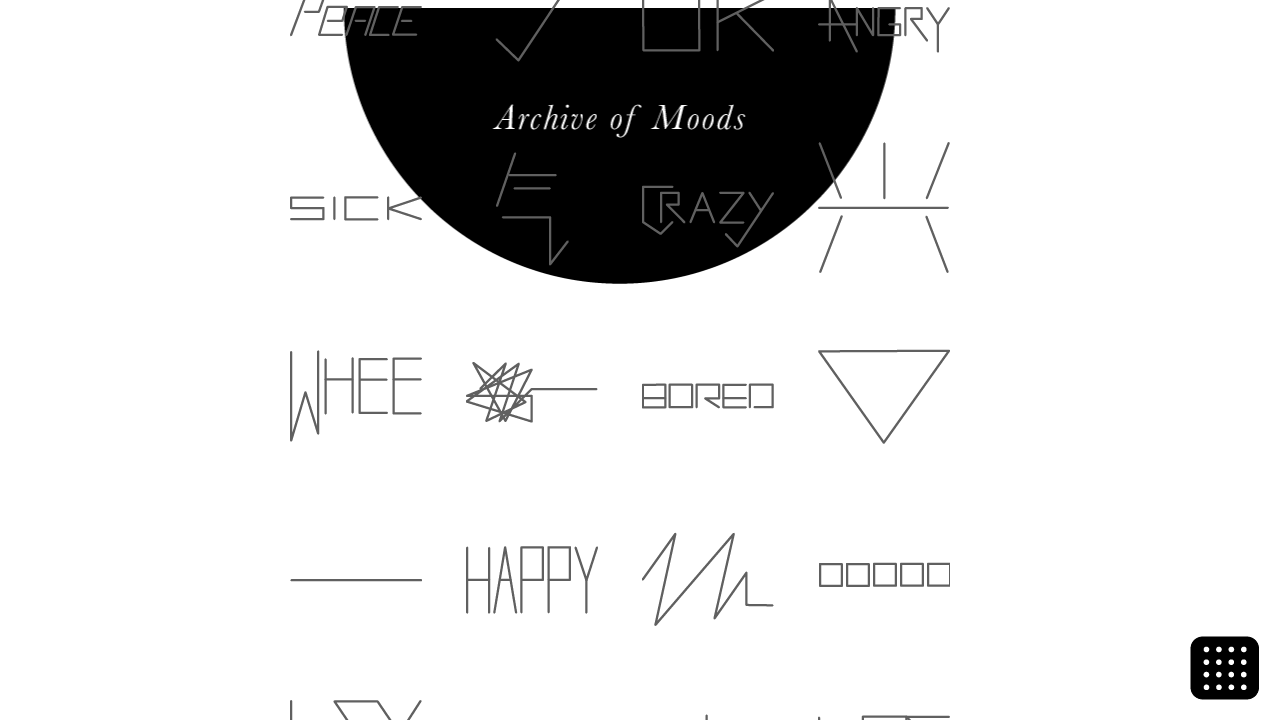
Repository: ConnyPinto/connypinto.github.io
Page: studio/dot-to-dot/archive.html
The author's editor kept a record of every edit. The page is drawn from the files as they stood at one moment, then again after the next edit.
The browser window is 1280 px wide. The pictures show the whole page.
Some web libraries are served in a nearby version.

Above is the page before.

### studio/dot-to-dot/archive.html
<html>

<head>
    <title>Archive</title>
    <link rel="stylesheet" href="css/archive.css" type="text/css" />
    <link href='http://fonts.googleapis.com/css?family=Libre+Baskerville:400,400italic' rel='stylesheet' type='text/css'>
    <script src="//ajax.googleapis.com/ajax/libs/jquery/1.7.1/jquery.min.js"></script>
    <script src="javascript/jquery.zoomooz.min.js"></script>
</head>

<body>
    <a href="index.html"><img class="home" src="images/home-button-01.png"></a>


       <!--<div class="circle">
             <div class="text">
                        <div class=title>Archive<br>
                        of<br>
                        Moods
                </div>
                   </div>-->
          <img class="semi-circle" src="images/semi-circle-01.png"
         style=
         "margin-top:0px;
         left:50%;
        transform: translate(60%);">

        <div class="container">


             <div class="row1">

             <img class="archive-image image-01" src="images/archive-image-01.png">
             <img class="archive-image image-02" src="images/archive-image-02.png">
             <img class="archive-image image-03" src="images/archive-image-03.png">
             <img class="archive-image image-04" src="images/archive-image-04.png">

             </div>

             <div class="row2">

             <img class="archive-image image-05" src="images/archive-image-05.png">
             <img class="archive-image image-06" src="images/archive-image-06.png">
             <img class="archive-image image-07" src="images/archive-image-07.png">
             <img class="archive-image image-08" src="images/archive-image-08.png">

             </div>

             <div class="row3">

             <img class="archive-image image-09" src="images/archive-image-09.png">
             <img class="archive-image image-10" src="images/archive-image-10.png">
             <img class="archive-image image-11" src="images/archive-image-11.png">
             <img class="archive-image image-12" src="images/archive-image-12.png">

             </div>

             <div class="row4">

             <img class="archive-image image-13" src="images/archive-image-13.png">
             <img class="archive-image image-14" src="images/archive-image-14.png">
             <img class="archive-image image-15" src="images/archive-image-15.png">
             <img class="archive-image image-16" src="images/archive-image-16.png">

             </div>

             <div class="row5">

             <img class="archive-image image-17" src="images/archive-image-17.png">
             <img class="archive-image image-18" src="images/archive-image-18.png">
             <img class="archive-image image-19" src="images/archive-image-19.png">
             <img class="archive-image image-20" src="images/archive-image-20.png">

            <div class="row6">

             <img class="archive-image image-21" src="images/archive-image-01.png">
             <img class="archive-image image-22" src="images/archive-image-02.png">
             <img class="archive-image image-23" src="images/archive-image-03.png">
             <img class="archive-image image-24" src="images/archive-image-04.png">

             </div>

             <div class="row7">

             <img class="archive-image image-25" src="images/archive-image-05.png">
             <img class="archive-image image-26" src="images/archive-image-06.png">
             <img class="archive-image image-27" src="images/archive-image-07.png">
             <img class="archive-image image-28" src="images/archive-image-08.png">

             </div>

             <div class="row8">

             <img class="archive-image image-09" src="images/archive-image-09.png">
             <img class="archive-image image-10" src="images/archive-image-10.png">
             <img class="archive-image image-11" src="images/archive-image-11.png">
             <img class="archive-image image-12" src="images/archive-image-12.png">

             </div>

             <div class="row9">

             <img class="archive-image image-13" src="images/archive-image-13.png">
             <img class="archive-image image-14" src="images/archive-image-14.png">
             <img class="archive-image image-15" src="images/archive-image-15.png">
             <img class="archive-image image-16" src="images/archive-image-16.png">

             </div>

             <div class="row10">

             <img class="archive-image image-17" src="images/archive-image-17.png">
             <img class="archive-image image-18" src="images/archive-image-18.png">
             <img class="archive-image image-19" src="images/archive-image-19.png">
             <img class="archive-image image-20" src="images/archive-image-20.png">
            </div>

         </div>

        </body>


</html>


<!-- <div class="container">

             <div class="row1">

                 <a href="room1.html" class="window window1"> </a>

             <img class="archive-image image-01" src="images/archive-image-01.png">
             <img class="archive-image image-02" src="images/archive-image-02.png">
             <img class="archive-image image-03" src="images/archive-image-03.png">
             <img class="archive-image image-04" src="images/archive-image-04.png">

             </div>

             <div class="row2">

             <img class="archive-image image-05" src="images/archive-image-05.png">
             <img class="archive-image image-06" src="images/archive-image-06.png">
             <img class="archive-image image-07" src="images/archive-image-07.png">
             <img class="archive-image image-08" src="images/archive-image-08.png">

             </div>

             <div class="row3">

             <img class="archive-image image-09" src="images/archive-image-09.png">
             <img class="archive-image image-10" src="images/archive-image-10.png">
             <img class="archive-image image-11" src="images/archive-image-11.png">
             <img class="archive-image image-12" src="images/archive-image-12.png">

             </div>

             <div class="row4">

             <img class="archive-image image-13" src="images/archive-image-13.png">
             <img class="archive-image image-14" src="images/archive-image-14.png">
             <img class="archive-image image-15" src="images/archive-image-15.png">
             <img class="archive-image image-16" src="images/archive-image-16.png">

             </div>

             <div class="row5">

             <img class="archive-image image-17" src="images/archive-image-17.png">
             <img class="archive-image image-18" src="images/archive-image-18.png">
             <img class="archive-image image-19" src="images/archive-image-19.png">
             <img class="archive-image image-20" src="images/archive-image-20.png">

            </div>

         </div> -->

### studio/dot-to-dot/css/archive.css

/*.circle{
    position:absolute;
    top:150px;
    left:50%;
    z-index:2;
    width:200px;
    height:200px;
    border-radius:50%;
    font-size:25px;
    color:#fff;
    text-align:center;
    background:#000;
    transform: translate(-50%, -50%);
}


.text{
      font-family: 'Libre Baskerville', serif;
      font-style:italic;
      margin-top:65px;
      font-size:24px;
      line-height:25px
}*/

.home{
 position:fixed;
 bottom:20px;
 right:20px;

}

.home:hover{
    opacity:0.75;
}


.container{
   position:absolute;
    width:700px;
    margin-top:550px;
    left:50%;
    transform: translate(-50%, -50%);

}


.row1{
  display:inline-block;
  margin-bottom:50px;
}

.row2{
  display:inline-block;
  margin-bottom:50px;
}

.row3{
  display:inline-block;
  margin-bottom:50px;
}

.row4{
  display:inline-block;
  margin-bottom:50px;
}

.row5{
  display:inline-block;
  margin-bottom:40px;
}

.row6{
  display:inline-block;
  margin-bottom:40px;
}

.row7{
  display:inline-block;
  margin-bottom:40px;
}

.row8{
  display:inline-block;
  margin-bottom:40px;
}

.row9{
  display:inline-block;
  margin-bottom:40px;
}

.image-01{
  margin-right:0px;
  margin-left:0px;
}

.image-02{
  margin-right:0px;
  margin-left:40px;
}

.image-03{
  margin-right:0px;
  margin-left:40px;
}

.image-04{
  margin-right:0px;
  margin-left:40px;
}

.image-05{
  margin-right:20px;
  margin-left:0px;
}

.image-06{
   margin-right:20px;
  margin-left:20px;
}

.image-07{
   margin-right:20px;
  margin-left:20px;
}

.image-08{
   margin-right:0px;
  margin-left:20px;
}

.image-09{
   margin-right:20px;
  margin-left:0px;
}

.image-10{
  margin-right:20px;
  margin-left:20px;
}

.image-11{
   margin-right:20px;
  margin-left:20px;
}

.image-12{
  margin-right:0px;
  margin-left:20px;
}

.image-13{
   margin-right:20px;
  margin-left:0px;
}

.image-14{
  margin-right:20px;
  margin-left:20px;
}

.image-15{
  margin-right:20px;
  margin-left:20px;
}

.image-16{
  margin-right:0px;
  margin-left:20px;
}

.image-17{
  margin-right:20px;
  margin-left:0px;
}

.image-18{
  margin-right:20px;
  margin-left:20px;
}

.image-19{
  margin-right:20px;
  margin-left:20px;
}

.image-20{
  margin-right:0px;
  margin-left:20px;
}

.image21{
  margin-right:0px;
  margin-left:0px;
}

.image-22{
  margin-right:0px;
  margin-left:40px;
}

.image-23{
  margin-right:0px;
  margin-left:40px;
}

.image-24{
  margin-right:0px;
  margin-left:40px;
}

.image-25{
  margin-right:0px;
  margin-left:0px;
}

.image-26{
  margin-right:0px;
  margin-left:40px;
}

.image-27{
  margin-right:0px;
  margin-left:40px;
}

.image-28{
  margin-right:0px;
  margin-left:40px;
}

.image-29{
  margin-right:0px;
  margin-left:0px;
}

.image-30{
  margin-right:0px;
  margin-left:40px;
}

.image-31{
  margin-right:0px;
  margin-left:40px;
}

.image-32{
  margin-right:0px;
  margin-left:40px;
}

.image-33{
  margin-right:0px;
  margin-left:0px;
}

.image-34{
  margin-right:0px;
  margin-left:40px;
}

.image-35{
  margin-right:0px;
  margin-left:40px;
}

.image-36{
  margin-right:0px;
  margin-left:40px;
}

.image-37{
  margin-right:0px;
  margin-left:0px;
}

.image-38{
  margin-right:0px;
  margin-left:40px;
}

.image-39{
  margin-right:0px;
  margin-left:40px;
}

.image-40{
  margin-right:0px;
  margin-left:40px;
}

Loaded but not shown: studio/space/final-space/javascript/jquery.zoomooz.min.js (library)

After the next edit:
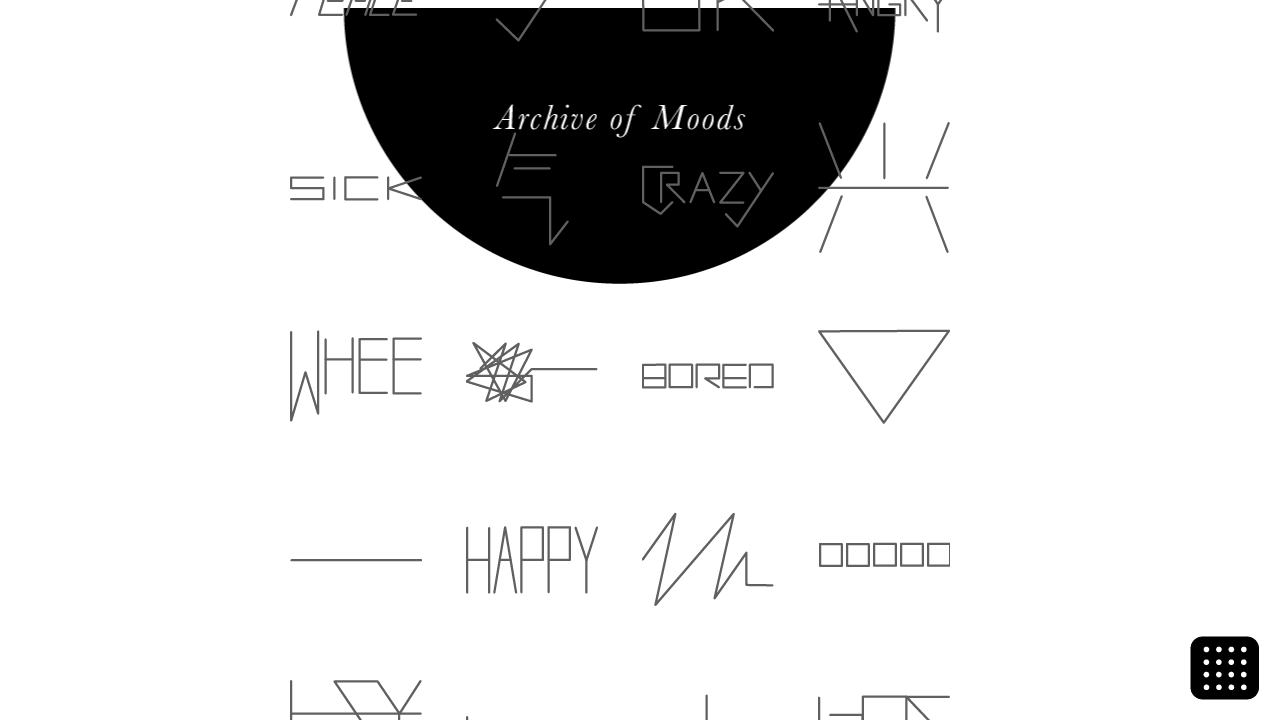
The edit:
--- a/studio/dot-to-dot/css/archive.css
+++ b/studio/dot-to-dot/css/archive.css
@@ -90,6 +90,11 @@
   margin-bottom:40px;
 }
 
+.row10{
+  display:inline-block;
+  margin-bottom:40px;
+}
+
 .image-01{
   margin-right:0px;
   margin-left:0px;
